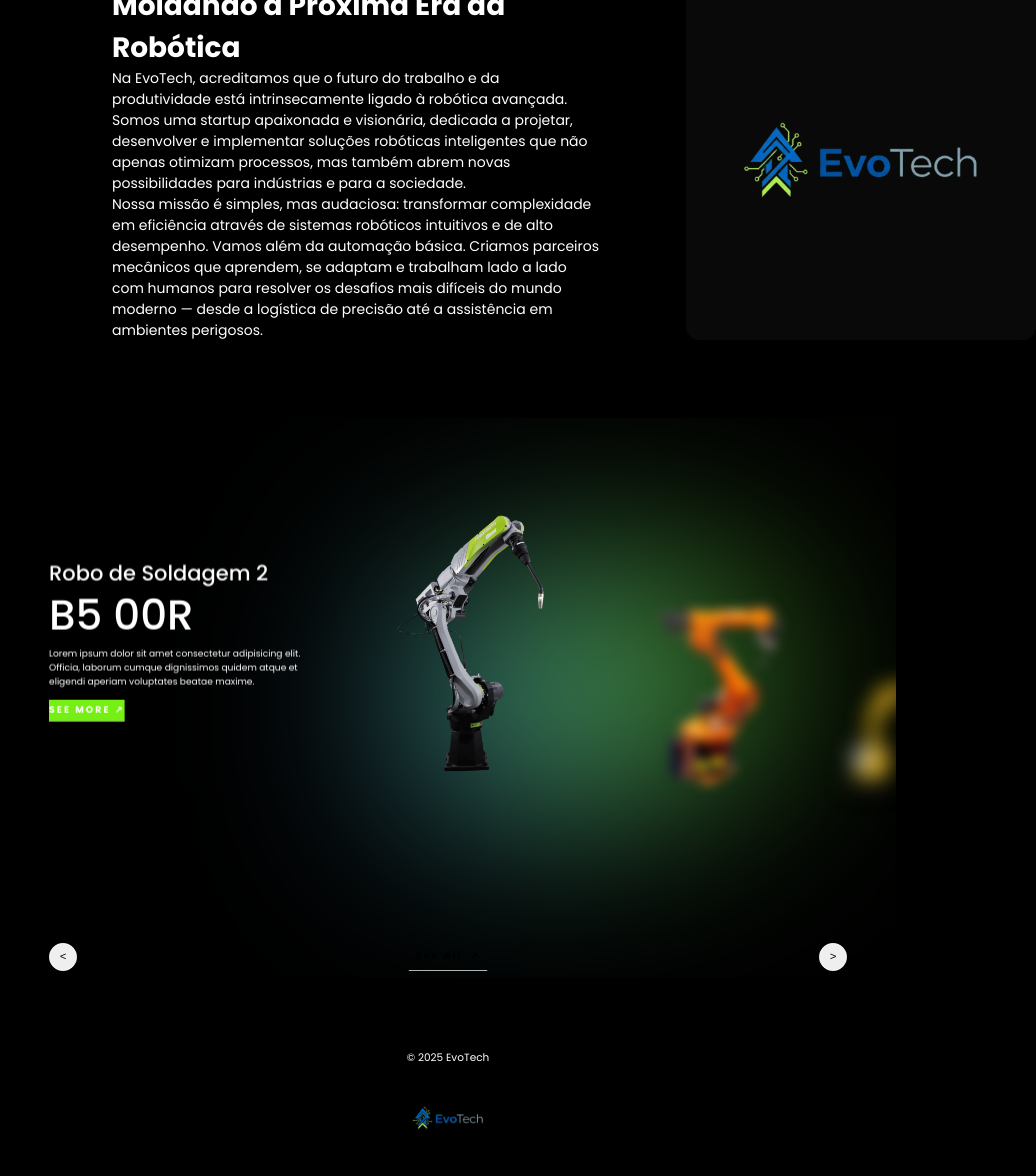
Repository: IsaacDEV10/EvoTech
Page: /
The author's editor kept a copy of each file at every save. The page is drawn from the files as they stood at one save, then again after a run of saves.
The browser window is 1280 px wide. The page is 1480 px wide, so the pictures cover 1480 px, including what lies to the right of the window. The pictures show the part of the page from y = 803 to 2483 px (the page is 2483 px tall), at 70% of full size.
The pointer rests on the first visible `.carousel .list .item .introduce .seeMore`.
The project was rebuilt for these pictures with package versions that can differ from the ones it lists, and the page was loaded fresh each time. Also part of the build but not shown: vite.config.js, src/App.css.

Above is the page before, as saved 2025-10-28 09:35:57.

After the next 2 saves:
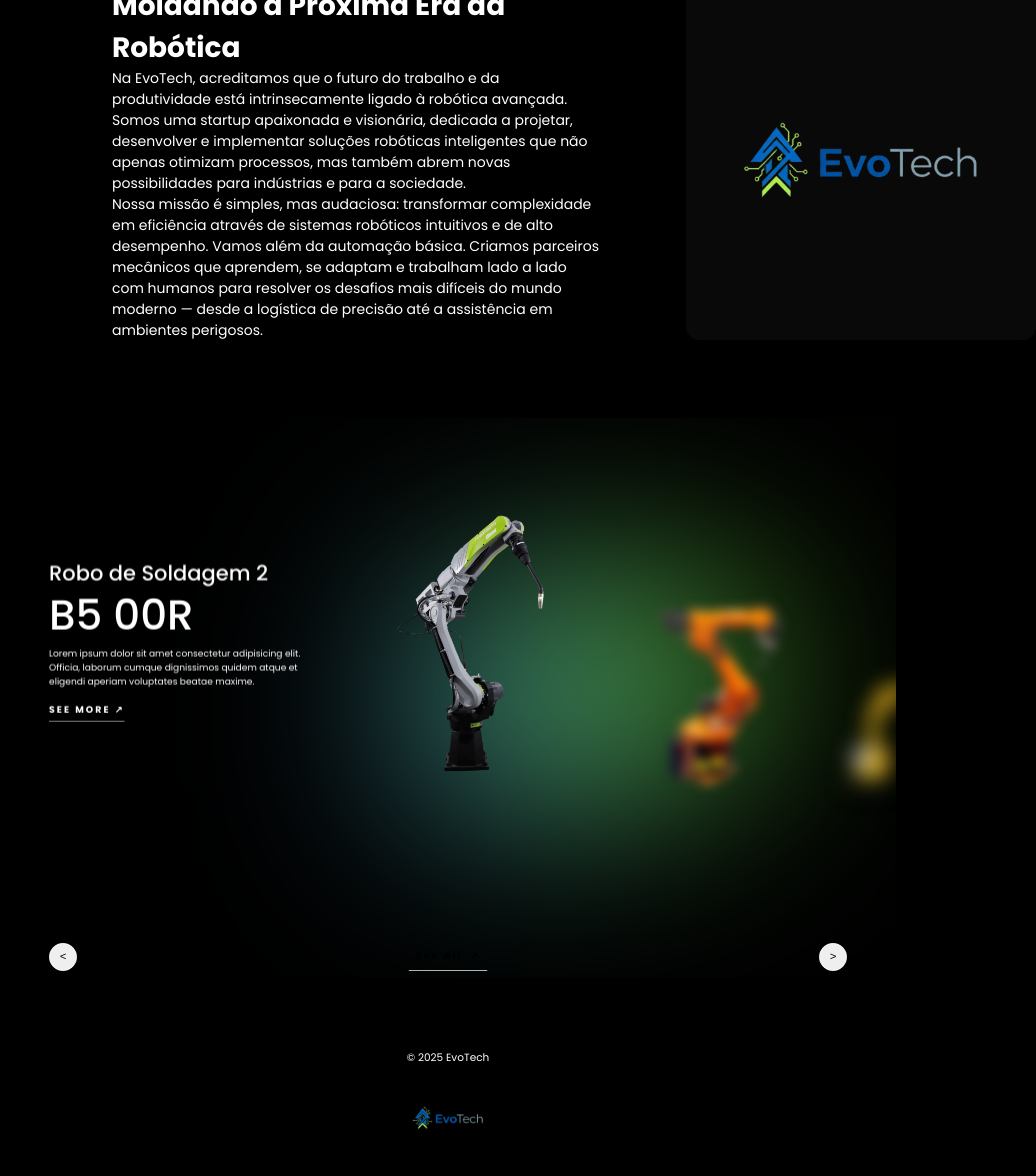
The 2 saves are shown as one change because they came seconds apart.
The last was saved 14 s later.
--- a/src/components/Carousel/carousel.css
+++ b/src/components/Carousel/carousel.css
@@ -128,6 +128,7 @@
     transition: background 0.5s;
 }
 .carousel .list .item .introduce .seeMore:hover{
+    color
     background: #76F014;
     cursor: pointer;
 }

After the save that followed:
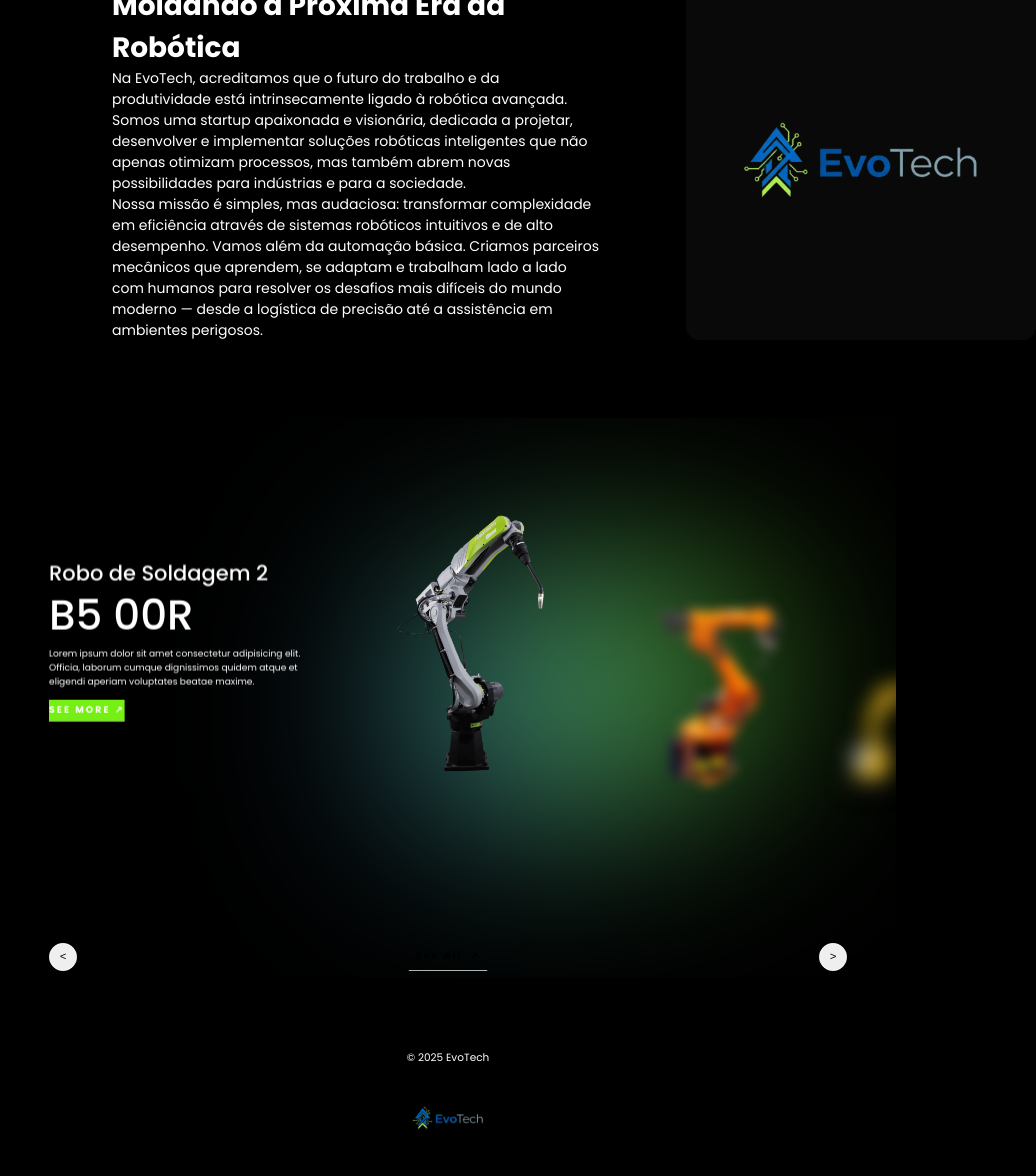
Saved 6 s later.
--- a/src/components/Carousel/carousel.css
+++ b/src/components/Carousel/carousel.css
@@ -128,7 +128,7 @@
     transition: background 0.5s;
 }
 .carousel .list .item .introduce .seeMore:hover{
-    color
+    color: ;
     background: #76F014;
     cursor: pointer;
 }
